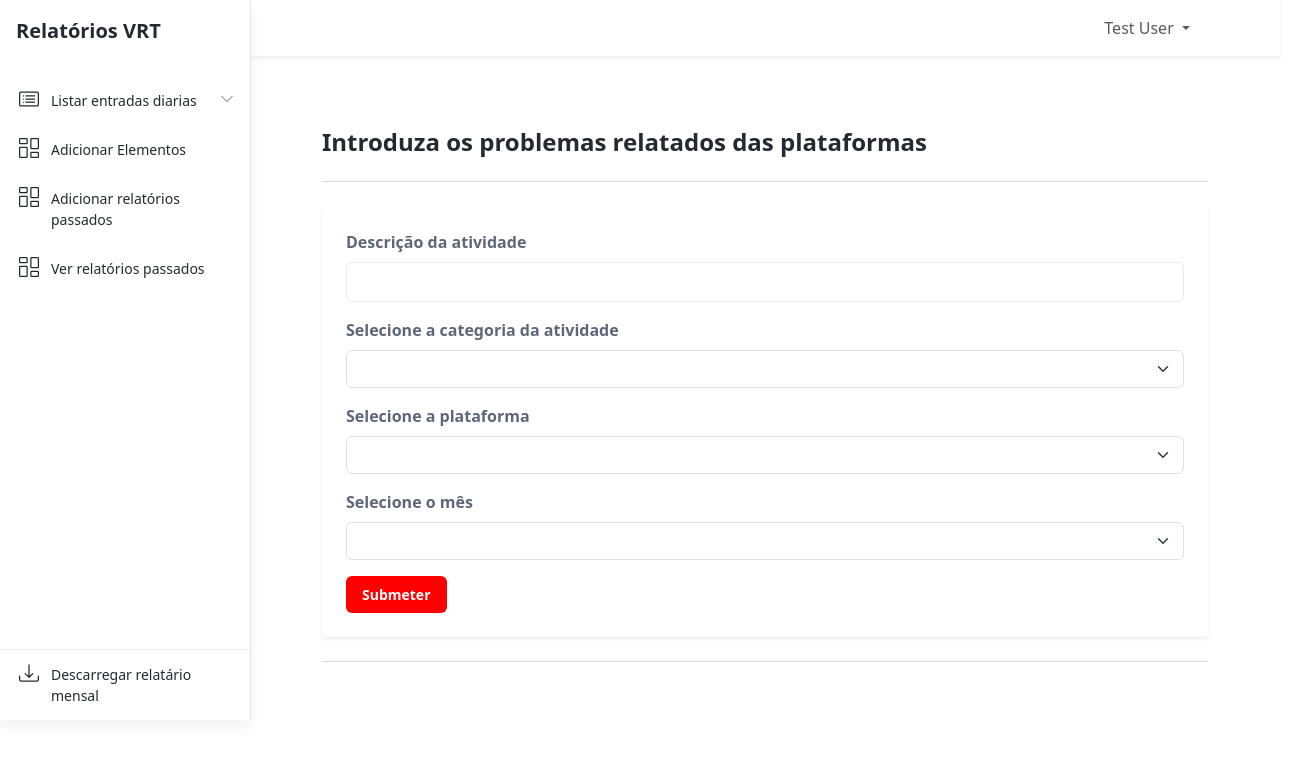
Repository: Yolanda-Marchone/Relatorios
Page: http://localhost/plataforma
These files come from the project's save history. The page is drawn as it stood at one moment and after the next save; the edit follows.
The browser window is 1280 px wide. The page is 1292 px wide, so the pictures cover 1292 px, including what lies to the right of the window. The pictures show the whole page.
The page is served by the project's Laravel application, run on PHP 8.4 with Laravel 10. A made-up administrator, Test User (test@example.com), is signed in. Other server files are loaded and not shown. Style sheets and scripts are compiled from the project's sources, by tool versions that may differ from the author's. Queries for data that is not in the repository find no rows.

Above is the page before, as saved 2024-05-23 10:23:31.

### routes/web.php
<?php

use App\Models\Categorias;
use App\Models\Mes;
use App\Models\Rela_plataforma;
use App\Models\Relatorio_mensal;
use App\Models\User;
use Barryvdh\DomPDF\Facade\Pdf;
use GuzzleHttp\Psr7\Request;
use Illuminate\Support\Facades\Route;
use Dompdf\Dompdf;
use Dompdf\Options;

/*
|--------------------------------------------------------------------------
| Web Routes
|--------------------------------------------------------------------------
|
| Here is where you can register web routes for your application. These
| routes are loaded by the RouteServiceProvider and all of them will
| be assigned to the "web" middleware group. Make something great!
|
*/

Route::get('/', function () {
    return view('welcome');
});




Auth::routes();

Route::get('/home', [App\Http\Controllers\PlataformaController::class, 'exibir_dados_plataforma'])->name('layouts/plataforma')->middleware('auth');

Route::get('/lista_plataforma', [App\Http\Controllers\PlataformaController::class, 'exibir_dados_plataforma'])->name('layouts/plataforma')->middleware('auth');

Route::get('/lista_atividades', [App\Http\Controllers\AtividadesController::class, 'exibir_dados_atividade'])->name('layouts/atividade')->middleware('auth');

Route::get('/atividades', [App\Http\Controllers\AtividadesController::class, 'exibir_dados'])->name('layouts/cadastraratividade')->middleware('auth');

Route::get('/plataforma', [App\Http\Controllers\PlataformaController::class, 'exibir_dados'])->name('layouts/cadastrarplataforma')->middleware('auth');

Route::post('/submeter_plataformas', [App\Http\Controllers\PlataformaController::class, 'criar_relatorio_plataforma'])->name('layouts/plataforma');

Route::post('/submeter_atividades', [\App\Http\Controllers\AtividadesController::class, 'criar_relatorio_atividade'])->name('layouts/atividades');

Route::get('/gerarpdf', [\App\Http\Controllers\AtividadesController::class, 'download']);

Route::get('/selecionarmes', [\App\Http\Controllers\AtividadesController::class, 'selectmes'])->name('layouts/pdfatividades');

Route::get('/testeview', [App\Http\Controllers\AtividadesController::class, 'teste'])->name('layouts/relatorio_PDF')->middleware('auth');

Route::get('/pdf', [App\Http\Controllers\PlataformaController::class, 'pdf']);

Route::get('/adicionar', [App\Http\Controllers\PlataformaController::class, 'adicionar_elementos'])->name('layouts/adicionar_elementos')->middleware('auth');

Route::post('/submeter_categoria', [App\Http\Controllers\PlataformaController::class, 'criar_categoria'])->name('layouts/plataforma');

Route::post('/submeter_plataforma', [App\Http\Controllers\PlataformaController::class, 'criar_plataforma'])->name('layouts/plataforma');

Route::post('/submeter_estado', [\App\Http\Controllers\AtividadesController::class, 'criar_estado'])->name('layouts/atividades');

Route::post('/submeter_solicitante', [\App\Http\Controllers\AtividadesController::class, 'criar_solicitante'])->name('layouts/atividades');

Route::get('/editar_atividades/{id}', [\App\Http\Controllers\AtividadesController::class, 'editarAtividade'])->name('layouts/editaratividades');

Route::put('/salvar_atividades/{id}', [\App\Http\Controllers\AtividadesController::class, 'editar_atividade'])->name('layouts/atividades');

Route::delete('/apagar_atividades/{id}', [\App\Http\Controllers\AtividadesController::class, 'excluir_atividade'])->name('layouts/atividades');

Route::get('/editar_plataforma/{id}', [\App\Http\Controllers\PlataformaController::class, 'editarPlataforma'])->name('layouts/editarplataforma');

Route::put('/salvar_plataforma/{id}', [\App\Http\Controllers\PlataformaController::class, 'editar_plataforma'])->name('layouts/plataforma');

Route::delete('/apagar_plataforma/{id}', [\App\Http\Controllers\PlataformaController::class, 'excluir_plataforma'])->name('layouts/plataforma');


Route:: get ('/3', function(){
$pdf= Pdf::loadView('layouts\teste');
return $pdf->download('teste.pdf');

});




Route::get('/gerar-pdf', function () {
    // Cria uma instância do Dompdf com opções padrão
    $dompdf= new Dompdf ();


    // Renderiza a view em HTML
    $html = view('layouts\teste')->render();

    // Carrega o HTML no Dompdf
    $dompdf->loadHtml($html);

    // Define o tamanho do papel e a orientação
    $dompdf->setPaper('A4', 'portrait');

    // Renderiza o PDF
    $dompdf->render();

    // Saída do PDF
    return $dompdf->stream('relatorio.pdf');
});

### app/Models/User.php
<?php

namespace App\Models;

// use Illuminate\Contracts\Auth\MustVerifyEmail;
use Illuminate\Database\Eloquent\Factories\HasFactory;
use Illuminate\Foundation\Auth\User as Authenticatable;
use Illuminate\Notifications\Notifiable;
use Laravel\Sanctum\HasApiTokens;

class User extends Authenticatable
{
    use HasApiTokens, HasFactory, Notifiable;

    /**
     * The attributes that are mass assignable.
     *
     * @var array<int, string>
     */
    protected $fillable = [
        'name',
        'email',
        'password',
    ];

    /**
     * The attributes that should be hidden for serialization.
     *
     * @var array<int, string>
     */
    protected $hidden = [
        'password',
        'remember_token',
    ];

    /**
     * The attributes that should be cast.
     *
     * @var array<string, string>
     */
    protected $casts = [
        'email_verified_at' => 'datetime',
        'password' => 'hashed',
    ];



    public function relatorio_mensal()
    {
        return $this->hasMany(Relatorio_mensal::class);

    }


}

### app/Models/Plataformas.php
<?php

namespace App\Models;

use Illuminate\Database\Eloquent\Factories\HasFactory;
use Illuminate\Database\Eloquent\Model;

class Plataformas extends Model
{
    use HasFactory;

protected $table = 'plataformas';
protected $fillable = ['id', 'nome'];

public function relatorio_mensal()
{
    return $this->hasMany(Relatorio_mensal::class);

}

}

### app/Models/Categorias.php
<?php

namespace App\Models;

use Illuminate\Database\Eloquent\Factories\HasFactory;
use Illuminate\Database\Eloquent\Model;

class Categorias extends Model
{
    use HasFactory;
    protected $table = 'categorias';
protected $fillable = ['id', 'nome'];


public function relatorio_mensal()
{
    return $this->hasMany(Relatorio_mensal::class);

}
}

### app/Models/Mes.php
<?php

namespace App\Models;

use Illuminate\Database\Eloquent\Factories\HasFactory;
use Illuminate\Database\Eloquent\Model;

class Mes extends Model
{
    use HasFactory;
    protected $table = 'mes';
protected $fillable = ['id', 'nome'];


public function relatorio_mensal()
{
    return $this->hasMany(Relatorio_mensal::class);

}
}

### resources/views/layouts/cadastrarplataforma.blade.php
@extends('layouts.app')

@section('content')


<div class="row justify-content-center">
    <div class="col-md-12">

        <div class="app-wrapper">

            <div class="app-content pt-3 p-md-3 p-lg-4">
                <div class="container-xl">




     <div class="app-content pt-3 p-md-3 p-lg-4">
                <div class="container-xl">
                    <h1 class="app-page-title">Introduza os problemas relatados das plataformas</h1>
                    <hr class="mb-4">
                    <div class="row g-4 settings-section">
               <div class="col-12 col-md-12"
    >		                <div class="app-card app-card-settings shadow-sm p-4">


                                <div class="app-card-body">

                                @if ($errors->any())
                                    <div class="alert alert-danger">
                                        <ul>
                                            @foreach ($errors->all() as $error)
                                            <li>{{ $error }}</li>
                                            @endforeach
                                        </ul>
                                    </div>
                                    @endif
                                    <form class="settings-form" method="POST" action="/submeter_plataformas">
                                        @csrf


                                <div class="mb-3"  >

                                            <label for="setting-input-1" class="form-label">Descrição da atividade</label>
                                            <input type="text" class="form-control" id="descricao" name="descricao"  required>

                                </div>



                                <div class="mb-3">
                                            <label for="setting-input-1" class="form-label">Selecione a categoria da atividade</label>
                                           <select type="select" class="form-select"  name="categorias" id="categorias" required>
              @foreach($categorias as $categorias)
              <option value="{{$categorias->id}}">{{$categorias->nome}}</option>
              @endforeach


          </select>
      </div>





                                            <div class="mb-3">
                                            <label for="setting-input-1" class="form-label">Selecione a plataforma</label>
                                           <select type="select" class="form-select"  name="plataformas" id="plataformas" required>

                                            @foreach($plataformas as $plataforma)
                                            <option value="{{ $plataforma->id }}">{{ $plataforma->nome }}</option>

         @endforeach


          </select>
      </div>


      <div class="mb-3">
                                            <label for="setting-input-1" class="form-label">Selecione o mês</label>
                                           <select type="select" class="form-select"  name="mes" id="mes" required>

                                            @foreach($mes as $mes)
                                            <option value="{{ $mes->id }}">{{ $mes->nome }}</option>

         @endforeach


          </select>
      </div>







                                        <button type="submit" class="btn app-btn-primary" >Submeter</button>
                                    </form>
                                </div><!--//app-card-body-->

                            </div><!--//app-card-->
                        </div>
                    </div><!--//row-->
                    <hr class="my-4">

                </div><!--//container-fluid-->
            </div>






                </div><!--//container-fluid-->
            </div><!--//app-content-->


        </div><!--//app-wrapper-->

    </div>
</div>
@endsection

### resources/views/layouts/app.blade.php
<!doctype html>
<html lang="{{ str_replace('_', '-', app()->getLocale()) }}">
<head>
    <meta charset="utf-8">
    <meta name="viewport" content="width=device-width, initial-scale=1">

    <!-- CSRF Token -->
    <meta name="csrf-token" content="{{ csrf_token() }}">

    <title>Relatórios</title>

    <!-- Fonts -->
    <link rel="dns-prefetch" href="//fonts.bunny.net">
    <script defer src="resources/js/all.min.js"></script>
    <link id="theme-style" rel="stylesheet" href="resources/css/ap.css">

    <!-- Scripts -->
@vite(['resources/css/ap.css', 'resources/js/app.js'])

</head>
<body>
    <div id="app">

        <nav class="navbar navbar-expand-md navbar-light bg-white shadow-sm">
            <div class="container">
                <a class="navbar-brand" href="{{ url('/') }}">

                </a>
                <button class="navbar-toggler" type="button" data-bs-toggle="collapse" data-bs-target="#navbarSupportedContent" aria-controls="navbarSupportedContent" aria-expanded="false" aria-label="{{ __('Toggle navigation') }}">
                    <span class="navbar-toggler-icon"></span>
                </button>

                <div class="collapse navbar-collapse" id="navbarSupportedContent">
                    <!-- Left Side Of Navbar -->
                    <ul class="navbar-nav me-auto">

                    </ul>

                    <!-- Right Side Of Navbar -->
                    <ul class="navbar-nav ms-auto">
                        <!-- Authentication Links -->
                        @guest
                            @if (Route::has('login'))
                                <li class="nav-item">
                                    <a class="nav-link" href="{{ route('login') }}">{{ __('Entrar') }}</a>
                                </li>
                            @endif

                            @if (Route::has('register'))
                                <li class="nav-item">
                                    <a class="nav-link" href="{{ route('register') }}">{{ __('Cadastrar') }}</a>
                                </li>
                            @endif
                        @else
                            <li class="nav-item dropdown">
                                <a id="navbarDropdown" class="nav-link dropdown-toggle" href="#" role="button" data-bs-toggle="dropdown" aria-haspopup="true" aria-expanded="false" v-pre>
                                    {{ Auth::user()->name }}
                                </a>

                                <div class="dropdown-menu dropdown-menu-end" aria-labelledby="navbarDropdown">
                                    <a class="dropdown-item" href="{{ route('logout') }}"
                                       onclick="event.preventDefault();
                                                     document.getElementById('logout-form').submit();">
                                        {{ __('Sair') }}
                                    </a>

                                    <form id="logout-form" action="{{ route('logout') }}" method="POST" class="d-none">
                                        @csrf
                                    </form>
                                </div>
                            </li>
                        @endguest
                    </ul>
                </div>
            </div>

        </nav>


        <div id="app-sidepanel" class="app-sidepanel">
	        <div id="sidepanel-drop" class="sidepanel-drop"></div>
	        <div class="sidepanel-inner d-flex flex-column">
		        <a href="#" id="sidepanel-close" class="sidepanel-close d-xl-none">&times;</a>
		        <div class="app-branding">
		            <a class="app-logo" href="{{ url('/') }}"><span class="logo-text">Relatórios VRT</span></a>

		        </div><!--//app-branding-->


			    <nav id="app-nav-main" class="app-nav app-nav-main flex-grow-1">
				    <ul class="app-menu list-unstyled accordion" id="menu-accordion">


               <li class="nav-item has-submenu">
					        <!--//Bootstrap Icons: https://icons.getbootstrap.com/ -->
					        <a class="nav-link submenu-toggle" href="#" data-bs-toggle="collapse" data-bs-target="#submenu-2" aria-expanded="false" aria-controls="submenu-2">
						        <span class="nav-icon">
						        <!--//Bootstrap Icons: https://icons.getbootstrap.com/ -->
			        <svg width="1em" height="1em" viewBox="0 0 16 16" class="bi bi-card-list" fill="currentColor" xmlns="http://www.w3.org/2000/svg">
  <path fill-rule="evenodd" d="M14.5 3h-13a.5.5 0 0 0-.5.5v9a.5.5 0 0 0 .5.5h13a.5.5 0 0 0 .5-.5v-9a.5.5 0 0 0-.5-.5zm-13-1A1.5 1.5 0 0 0 0 3.5v9A1.5 1.5 0 0 0 1.5 14h13a1.5 1.5 0 0 0 1.5-1.5v-9A1.5 1.5 0 0 0 14.5 2h-13z"/>
  <path fill-rule="evenodd" d="M5 8a.5.5 0 0 1 .5-.5h7a.5.5 0 0 1 0 1h-7A.5.5 0 0 1 5 8zm0-2.5a.5.5 0 0 1 .5-.5h7a.5.5 0 0 1 0 1h-7a.5.5 0 0 1-.5-.5zm0 5a.5.5 0 0 1 .5-.5h7a.5.5 0 0 1 0 1h-7a.5.5 0 0 1-.5-.5z"/>
  <circle cx="3.5" cy="5.5" r=".5"/>
  <circle cx="3.5" cy="8" r=".5"/>
  <circle cx="3.5" cy="10.5" r=".5"/>
</svg>
						         </span>
		                         <span class="nav-link-text">Listar entradas diarias</span>
		                         <span class="submenu-arrow">
		                             <svg width="1em" height="1em" viewBox="0 0 16 16" class="bi bi-chevron-down" fill="currentColor" xmlns="http://www.w3.org/2000/svg">
	  <path fill-rule="evenodd" d="M1.646 4.646a.5.5 0 0 1 .708 0L8 10.293l5.646-5.647a.5.5 0 0 1 .708.708l-6 6a.5.5 0 0 1-.708 0l-6-6a.5.5 0 0 1 0-.708z"/>
	</svg>
	                             </span><!--//submenu-arrow-->
					        </a><!--//nav-link-->
					        <div id="submenu-2" class="collapse submenu submenu-2" data-bs-parent="#menu-accordion">
						        <ul class="submenu-list list-unstyled">
							        <li class="submenu-item"><a class="submenu-link" href="{{ url('/lista_atividades') }}">Atividades</a></li>
							        <li class="submenu-item"><a class="submenu-link" href="{{ url('/lista_plataforma') }}">Plataforma</a></li>
						        </ul>
					        </div>
					    </li><!--//nav-item-->

                        <li class="nav-item">
					        <!--//Bootstrap Icons: https://icons.getbootstrap.com/ -->
					        <a class="nav-link" href="{{ url('/adicionar') }}">
						        <span class="nav-icon">
                                <svg width="1em" height="1em" viewBox="0 0 16 16" class="bi bi-columns-gap" fill="currentColor" xmlns="http://www.w3.org/2000/svg">
	  <path fill-rule="evenodd" d="M6 1H1v3h5V1zM1 0a1 1 0 0 0-1 1v3a1 1 0 0 0 1 1h5a1 1 0 0 0 1-1V1a1 1 0 0 0-1-1H1zm14 12h-5v3h5v-3zm-5-1a1 1 0 0 0-1 1v3a1 1 0 0 0 1 1h5a1 1 0 0 0 1-1v-3a1 1 0 0 0-1-1h-5zM6 8H1v7h5V8zM1 7a1 1 0 0 0-1 1v7a1 1 0 0 0 1 1h5a1 1 0 0 0 1-1V8a1 1 0 0 0-1-1H1zm14-6h-5v7h5V1zm-5-1a1 1 0 0 0-1 1v7a1 1 0 0 0 1 1h5a1 1 0 0 0 1-1V1a1 1 0 0 0-1-1h-5z"/>
	</svg>

</svg>
						         </span>
		                         <span class="nav-link-text">Adicionar Elementos</span>

					        </a><!--//nav-link-->
					    </li><!--//nav-item-->

                        <li class="nav-item">
					        <!--//Bootstrap Icons: https://icons.getbootstrap.com/ -->
					        <a class="nav-link" href="{{ url('/adicionar') }}">
						        <span class="nav-icon">
                                <svg width="1em" height="1em" viewBox="0 0 16 16" class="bi bi-columns-gap" fill="currentColor" xmlns="http://www.w3.org/2000/svg">
	  <path fill-rule="evenodd" d="M6 1H1v3h5V1zM1 0a1 1 0 0 0-1 1v3a1 1 0 0 0 1 1h5a1 1 0 0 0 1-1V1a1 1 0 0 0-1-1H1zm14 12h-5v3h5v-3zm-5-1a1 1 0 0 0-1 1v3a1 1 0 0 0 1 1h5a1 1 0 0 0 1-1v-3a1 1 0 0 0-1-1h-5zM6 8H1v7h5V8zM1 7a1 1 0 0 0-1 1v7a1 1 0 0 0 1 1h5a1 1 0 0 0 1-1V8a1 1 0 0 0-1-1H1zm14-6h-5v7h5V1zm-5-1a1 1 0 0 0-1 1v7a1 1 0 0 0 1 1h5a1 1 0 0 0 1-1V1a1 1 0 0 0-1-1h-5z"/>
	</svg>

</svg>
						         </span>
                                 <span class="nav-link-text">Adicionar relatórios passados</span>

					        </a><!--//nav-link-->
					    </li><!--//nav-item-->           <li class="nav-item">
					        <!--//Bootstrap Icons: https://icons.getbootstrap.com/ -->
					        <a class="nav-link" href="{{ url('/adicionar') }}">
						        <span class="nav-icon">
                                <svg width="1em" height="1em" viewBox="0 0 16 16" class="bi bi-columns-gap" fill="currentColor" xmlns="http://www.w3.org/2000/svg">
	  <path fill-rule="evenodd" d="M6 1H1v3h5V1zM1 0a1 1 0 0 0-1 1v3a1 1 0 0 0 1 1h5a1 1 0 0 0 1-1V1a1 1 0 0 0-1-1H1zm14 12h-5v3h5v-3zm-5-1a1 1 0 0 0-1 1v3a1 1 0 0 0 1 1h5a1 1 0 0 0 1-1v-3a1 1 0 0 0-1-1h-5zM6 8H1v7h5V8zM1 7a1 1 0 0 0-1 1v7a1 1 0 0 0 1 1h5a1 1 0 0 0 1-1V8a1 1 0 0 0-1-1H1zm14-6h-5v7h5V1zm-5-1a1 1 0 0 0-1 1v7a1 1 0 0 0 1 1h5a1 1 0 0 0 1-1V1a1 1 0 0 0-1-1h-5z"/>
	</svg>

</svg>
						         </span>

                                 <span class="nav-link-text">Ver relatórios passados</span>
					        </a><!--//nav-link-->
					    </li><!--//nav-item-->



					        </a><!--//nav-link-->
					    </li><!--//nav-item-->
				    </ul><!--//app-menu-->
			    </nav><!--//app-nav-->



			    <div class="app-sidepanel-footer">
				    <nav class="app-nav app-nav-footer">
					    <ul class="app-menu footer-menu list-unstyled">
						   <li class="nav-item">
						        <!--//Bootstrap Icons: https://icons.getbootstrap.com/ -->
						        <a class="nav-link" href="/lista_plataforma">
							        <span class="nav-icon">
							            <svg width="1em" height="1em" viewBox="0 0 16 16" class="bi bi-download" fill="currentColor" xmlns="http://www.w3.org/2000/svg">
	  <path fill-rule="evenodd" d="M.5 9.9a.5.5 0 0 1 .5.5v2.5a1 1 0 0 0 1 1h12a1 1 0 0 0 1-1v-2.5a.5.5 0 0 1 1 0v2.5a2 2 0 0 1-2 2H2a2 2 0 0 1-2-2v-2.5a.5.5 0 0 1 .5-.5z"/>
	  <path fill-rule="evenodd" d="M7.646 11.854a.5.5 0 0 0 .708 0l3-3a.5.5 0 0 0-.708-.708L8.5 10.293V1.5a.5.5 0 0 0-1 0v8.793L5.354 8.146a.5.5 0 1 0-.708.708l3 3z"/>
	</svg>
							        </span>
			                        <span class="nav-link-text">Descarregar relatário mensal</span>
						        </a><!--//nav-link-->
						    </li><!--//nav-item-->


					    </ul><!--//footer-menu-->
				    </nav>
			    </div><!--//app-sidepanel-footer-->

	        </div><!--//sidepanel-inner-->
	    </div><!--//app-sidepanel-->

        <main class="py-4">
            @yield('content')
        </main>
    </div>
</body>
</html>

Loaded but not shown: app/Http/Controllers/Auth/ConfirmPasswordController.php (common file); app/Http/Controllers/Controller.php (common file); resources/css/ap.css (library); app/Http/Controllers/PlataformaController.php (427 lines, source omitted)

After the next save:
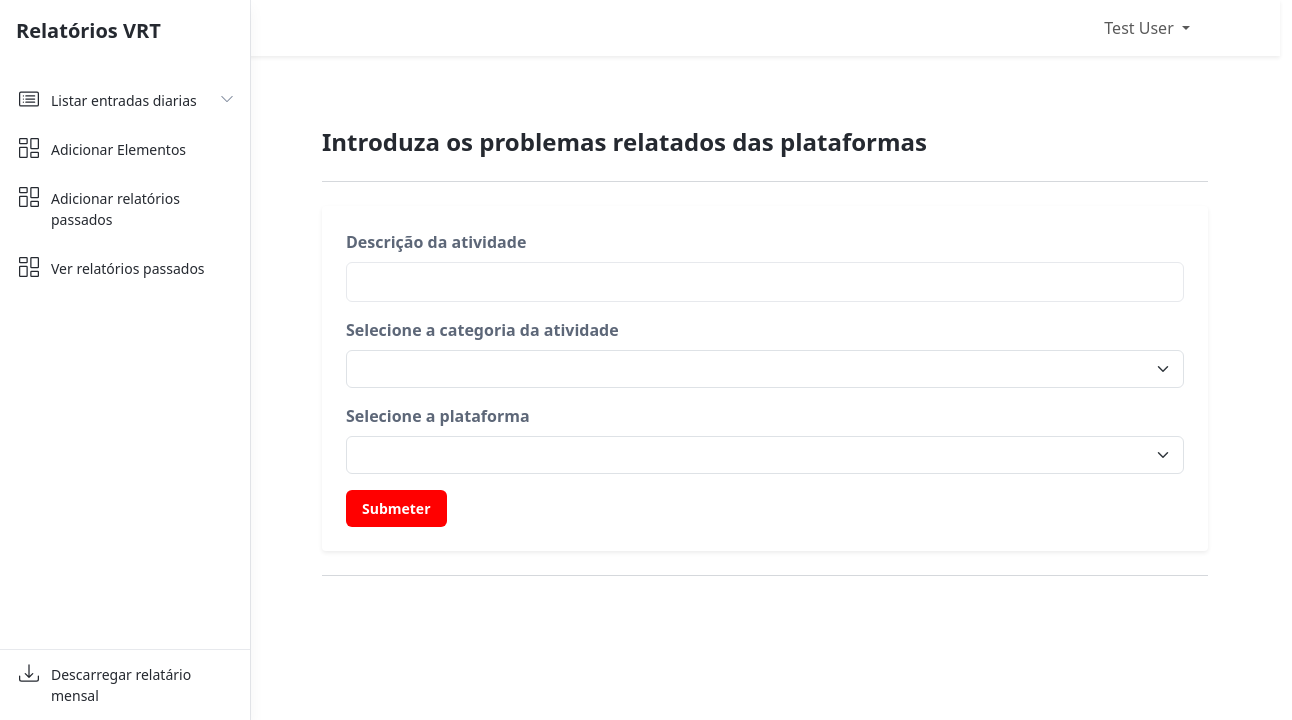
Saved 11 s later.
--- a/resources/views/layouts/cadastrarplataforma.blade.php
+++ b/resources/views/layouts/cadastrarplataforma.blade.php
@@ -76,19 +76,6 @@
       </div>
 
 
-      <div class="mb-3">
-                                            <label for="setting-input-1" class="form-label">Selecione o mês</label>
-                                           <select type="select" class="form-select"  name="mes" id="mes" required>
-
-                                            @foreach($mes as $mes)
-                                            <option value="{{ $mes->id }}">{{ $mes->nome }}</option>
-
-         @endforeach
-
-
-          </select>
-      </div>
-
 
 
 
